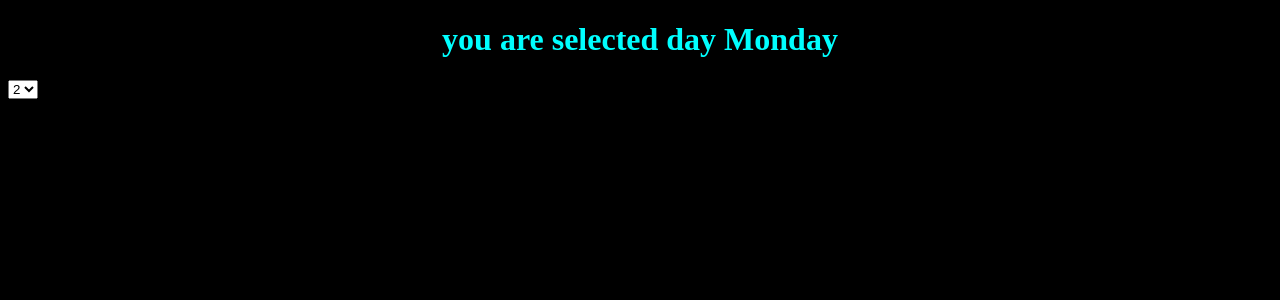
Repository: parveen95887/salesforceTest
Page: index.html
The author's editor kept a copy of each file at every save. The page is drawn from the files as they stood at one save, then again after the next save.
The browser window is 1280 px wide. The pictures show the whole page.
After loading, the first visible `#selday` was changed once.

Above is the page before, as saved 2024-08-27 16:29:02.

### index.html
<!DOCTYPE html>
<html lang="en">
<head>
    <meta charset="UTF-8">
    <meta name="viewport" content="width=device-width, initial-scale=1.0">
    <title>Document</title>
    <link rel="stylesheet" href="style.css">
</head>
<body>
    <h1 id="heading">fhf</h1>
    <script src="myscript.js"></script>
    <select id="selday">
        <option value="1">1</option>
        <option value="2">2</option>
        <option value="3">3</option>
        <option value="4">4</option>
        <option value="5">5</option>
        <option value="6">6</option>
        <option value="7">7</option>
    </select>
</body>
</html>

### style.css
body
{
    background-color: black;
}
body h1{
    color: aqua;
    text-align: center;
}

### myscript.js
// let getdaty=document.querySelector("#selday").value;

// console.log(getdaty);



document.addEventListener("DOMContentLoaded", function() {
    const selectElement = document.querySelector("#selday");
    const heading = document.querySelector("#heading");

    // Add event listener to update the heading when the selected day changes
    selectElement.addEventListener("change", function() {
        const selectedDay = selectElement.value;
        let day="No Select";
        console.log(selectedDay);
        switch(selectedDay){
         case "1":
         day="Sunday";
         break;
         case "2":
         day="Monday";
         break;
         case "3":
         day="Tusday";
         break;
         case "4":
         day="Wednusday";
         break;
         case "5":
         day="Thursday";
         break;
         case "1":
         day="Friday";
         break;
         case "1":
         day="Saturday";
         break;
         default:
         day="unskhown";
         break;
        }

        heading.textContent=`you are selected day ${day}`;
    });
});

After the next save:
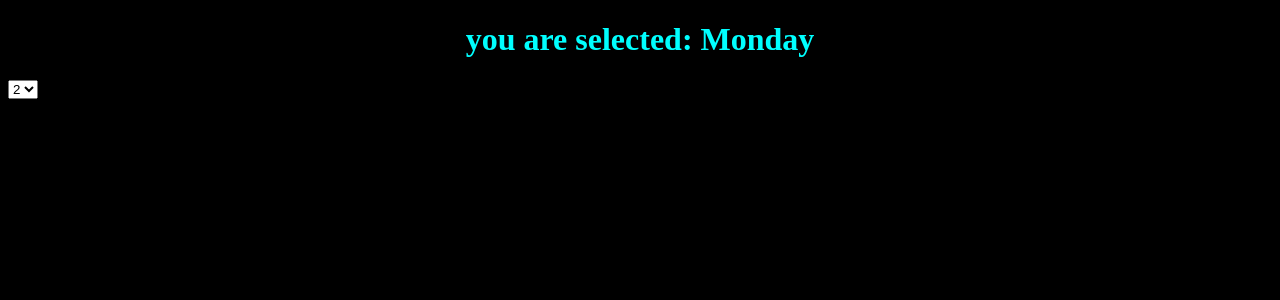
Saved 91 s later.
--- a/myscript.js
+++ b/myscript.js
@@ -29,10 +29,10 @@
          case "5":
          day="Thursday";
          break;
-         case "1":
+         case "6":
          day="Friday";
          break;
-         case "1":
+         case "7":
          day="Saturday";
          break;
          default:
@@ -40,6 +40,6 @@
          break;
         }
 
-        heading.textContent=`you are selected day ${day}`;
+        heading.textContent=`you are selected: ${day}`;
     });
 });
